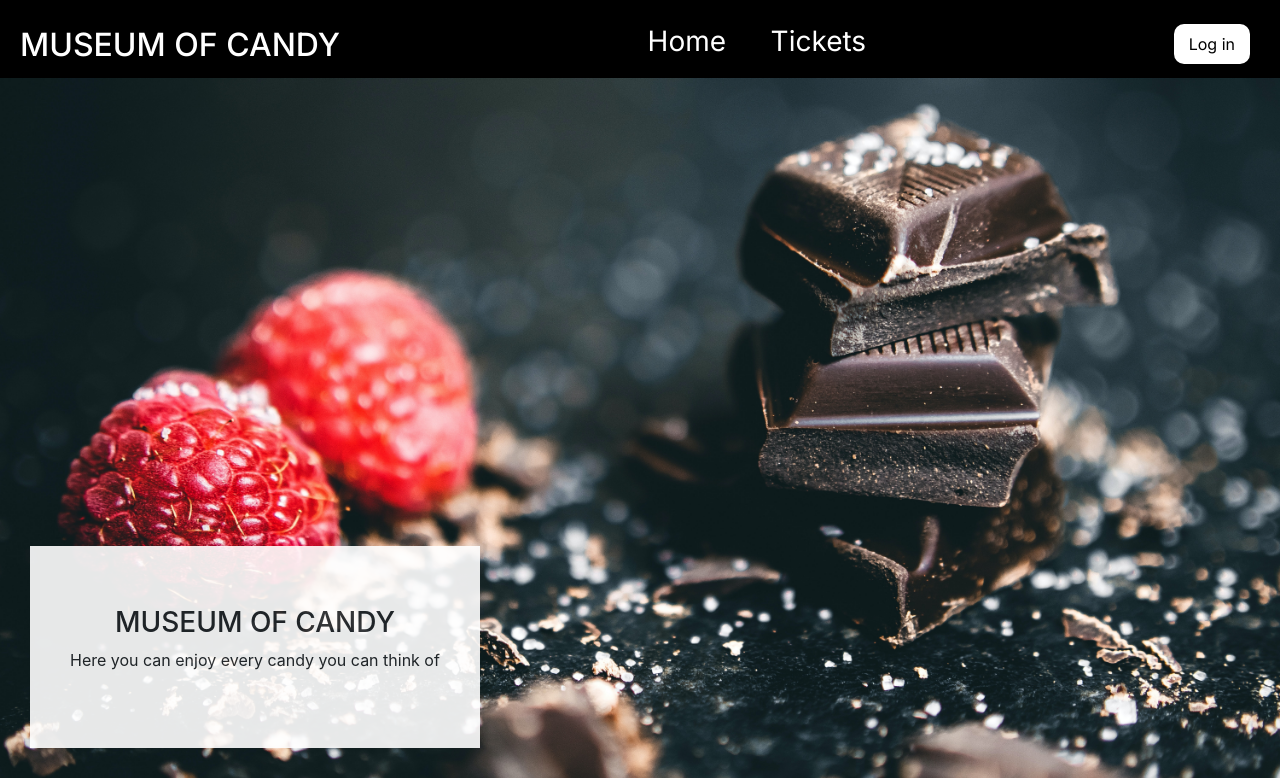
Repository: m-koparanova/MuseumOfCandy
Page: index.html
These files come from the project's save history. The page is drawn as it stood at one moment and after the next save; the edit follows.
The browser window is 1280 px wide. The pictures show the whole page.

Above is the page before, as saved 2023-03-05 19:42:03.

After the next save:
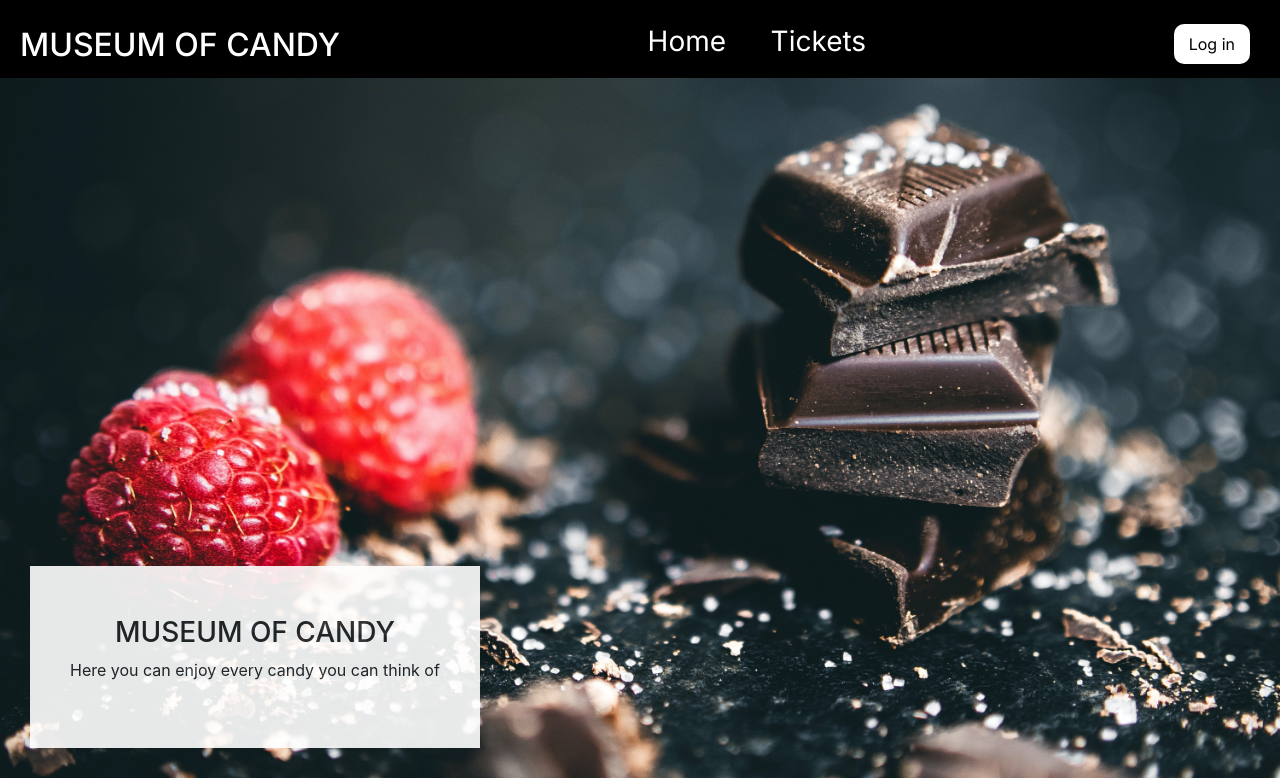
Saved 43 s later.
--- a/style.css
+++ b/style.css
@@ -76,5 +76,5 @@
     left: 30px;
     background: white;
     opacity: 90%;
-    padding: 60px 40px 60px 40px ;
+    padding: 50px 40px 50px 40px ;
 }
